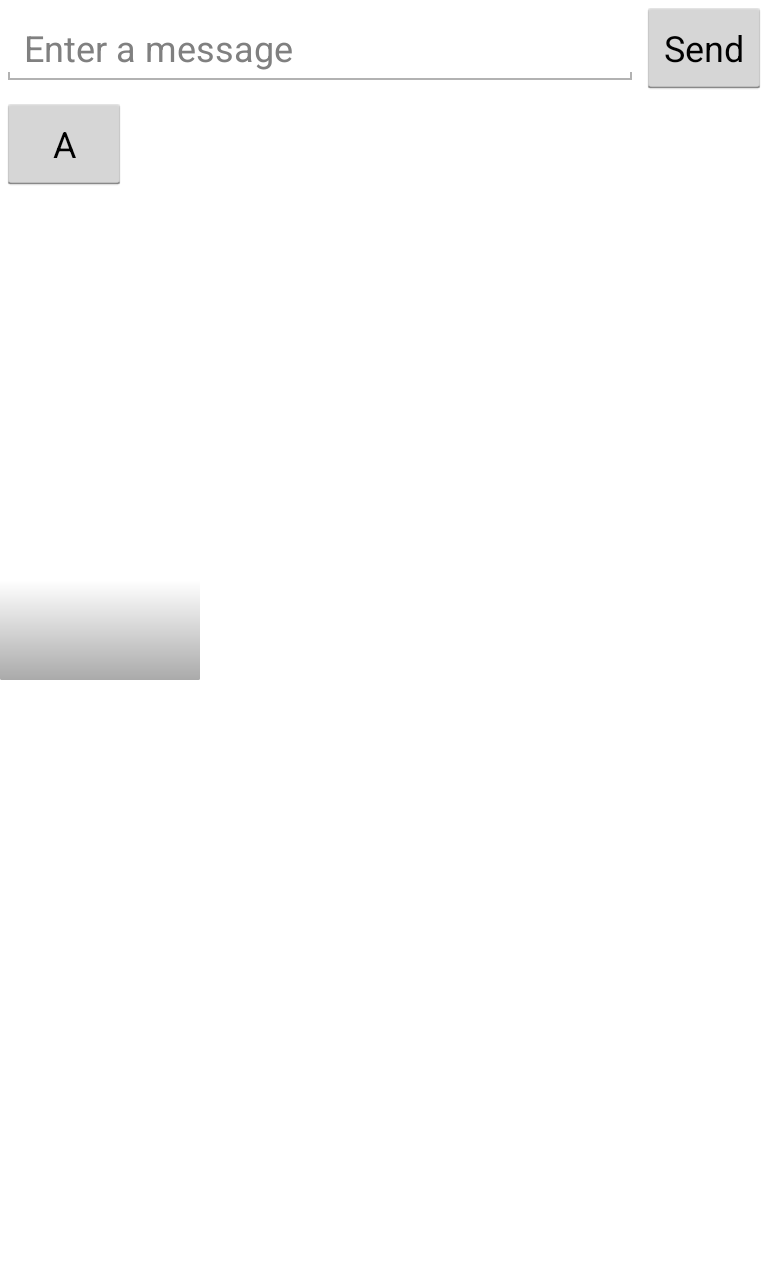
Repository: Jwonsever/AndroidPiano
Layout: HelloWorld/res/layout/activity_main.xml
An editor plug-in stored every save of this project. The layout is shown before and after the next save, followed by the edit.
It is drawn on a 768 x 1280 px phone screen (xhdpi) without system bars, with theme AppTheme; the app's code is not run.

Above is the layout before, as saved 2013-11-08 02:44:53.

After the next save:
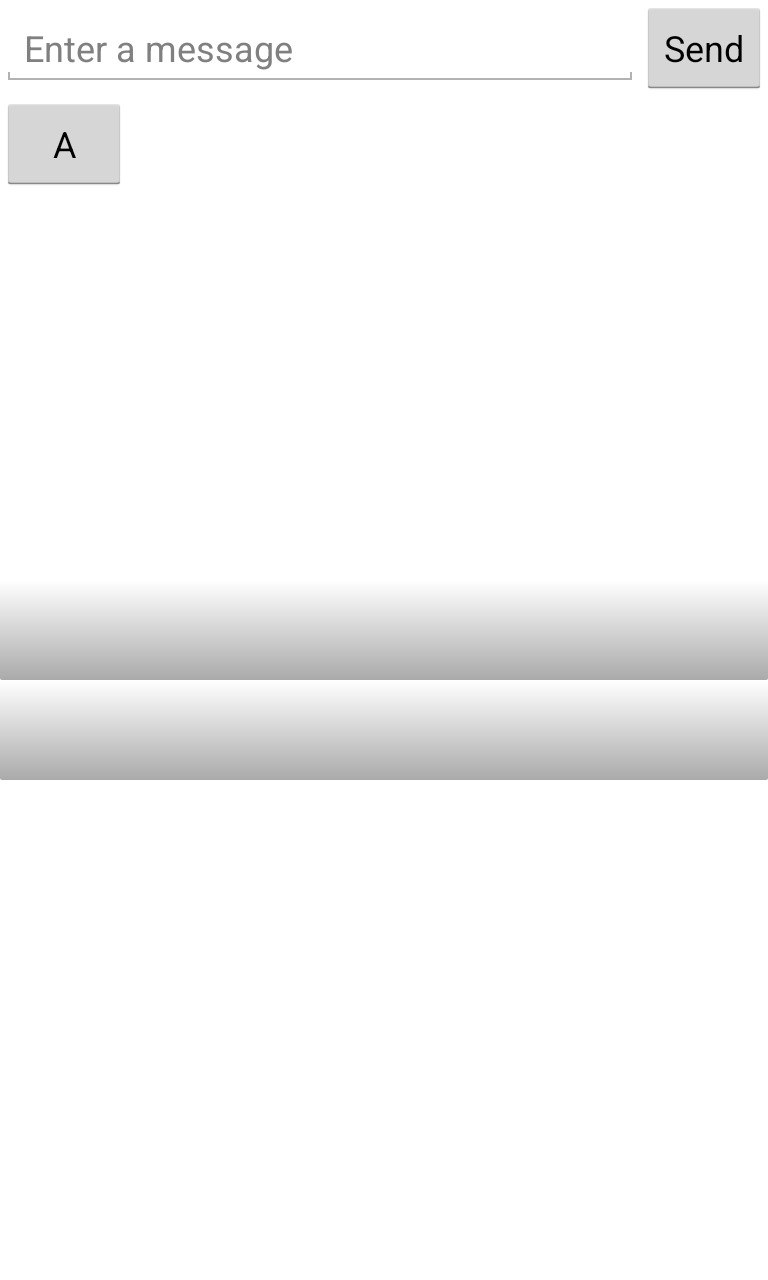
Saved 3 min 20 s later.
--- a/HelloWorld/res/layout/activity_main.xml
+++ b/HelloWorld/res/layout/activity_main.xml
@@ -35,7 +35,8 @@
         android:text="@string/a_note" />
 
     <RelativeLayout
-    	android:id="@+id/piano_keys"
+        android:id="@+id/piano_keys"
+        android:layout_width="100dp"
         android:layout_height="350dp"
         android:layout_alignParentBottom="true"
         android:layout_alignParentLeft="true"
@@ -44,18 +45,24 @@
 
    		 <LinearLayout
      	   android:id="@+id/piano_key_d"
-     	   android:layout_width="100dp"
       	   android:layout_height="50dp"
-      	  android:background="@drawable/piano_key"
-      	  android:orientation="horizontal" >
+      	   android:layout_alignParentLeft="true"
+		    android:layout_alignParentRight="true"
+      	   android:background="@drawable/piano_key"
+      	   android:orientation="horizontal" >
 
     	</LinearLayout>
+
 		<LinearLayout
-        	android:id="@+id/piano_key_c"
-       	 	android:layout_width="100dp"
-        	android:layout_height="50dp"
-        	android:background="@drawable/piano_key"
-        	android:orientation="horizontal" >
-    	</LinearLayout>
+		    android:id="@+id/piano_key_c"
+		    android:layout_height="50dp"
+		    android:layout_alignParentLeft="true"
+		    android:layout_alignParentRight="true"
+		    android:layout_marginTop="50dp"
+		    android:background="@drawable/piano_key"
+		    android:orientation="horizontal" >
+		</LinearLayout>
+
     </RelativeLayout>
+
 </RelativeLayout>
